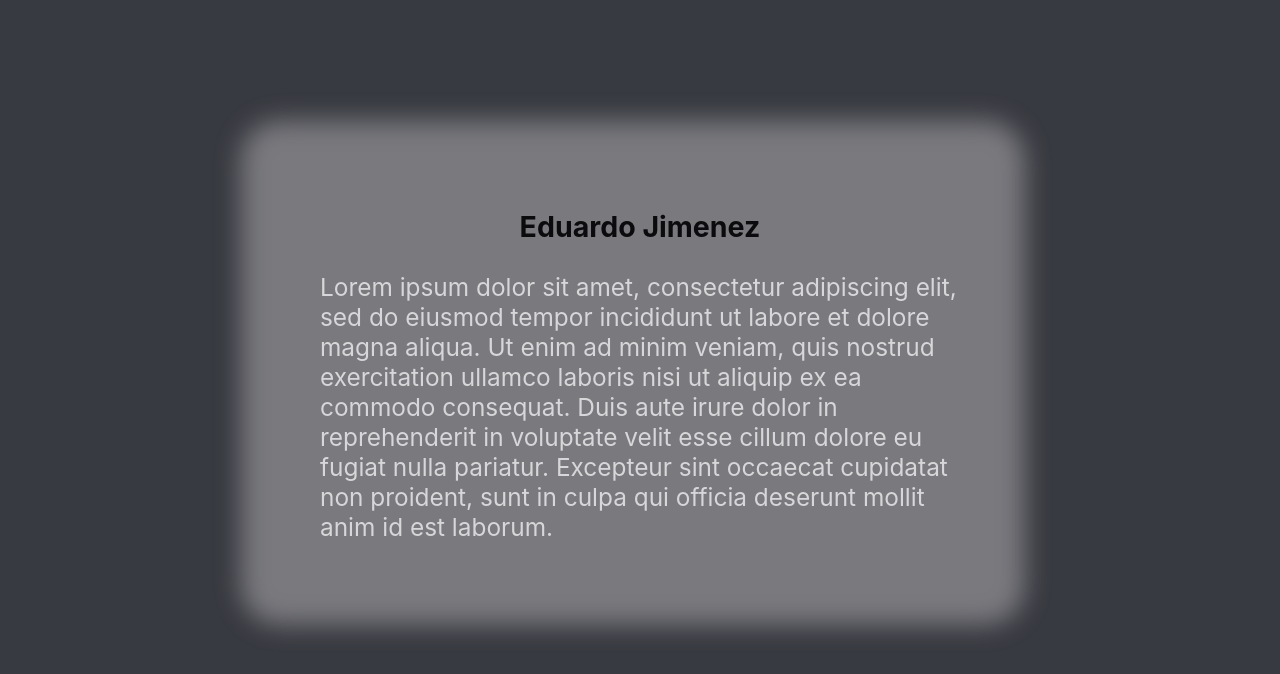
Repository: l8nightswithJS/react-my-portfolio
Page: /
These files come from the project's save history. The page is drawn as it stood at one moment and after the next save; the edit follows.
The browser window is 1280 px wide. The pictures show the whole page.
The project was rebuilt for these pictures with package versions that can differ from the ones it lists, and the page was loaded fresh each time.

Above is the page before, as saved 2021-04-29 12:38:40.

### src/App.js
import SplashPage from './pages/splashPage';

function App() {
  return (
    <SplashPage />
  );
}

export default App;

### src/pages/splashPage.js
import '../App.css';

function SplashPage() {
    return (
        <div className="App">
            <header className="App-header">
                <section>
                    <article>
                        <h1>Eduardo Jimenez</h1>
                        <p>Lorem ipsum dolor sit amet, consectetur adipiscing elit, sed do eiusmod tempor incididunt ut labore et dolore magna aliqua. Ut enim ad minim veniam, quis nostrud exercitation ullamco laboris nisi ut aliquip ex ea commodo consequat. Duis aute irure dolor in reprehenderit in voluptate velit esse cillum dolore eu fugiat nulla pariatur. Excepteur sint occaecat cupidatat non proident, sunt in culpa qui officia deserunt mollit anim id est laborum.</p>
                    </article>
                </section>
            </header>
        </div>
    );
}

export default SplashPage;

### src/App.css
.App {
  height: 100vh;
  width: 100%;
  text-align: start;
  background-color: rgb(56, 58, 65);
}

section {
  position: fixed;
  top: 0;
  bottom: 0;
  left: 0;
  right: 0;
  background-color: rgb(139, 138, 142);
  height: 50vh;
  width: 50vw;
  margin: auto;
  font-size: calc(10px + 2vmin);
  color: white;
  box-shadow: -1vh 1vw 2vw 10vh rgb(139, 138, 142);
  opacity: .8;
  border-radius: 1.5vh;
}

h1 {
  text-align: center;
  color: black;
}

Loaded but not shown: public/index.html (common file); src/index.js (common file); src/index.css (common file); src/reportWebVitals.js (common file)

After the next save:
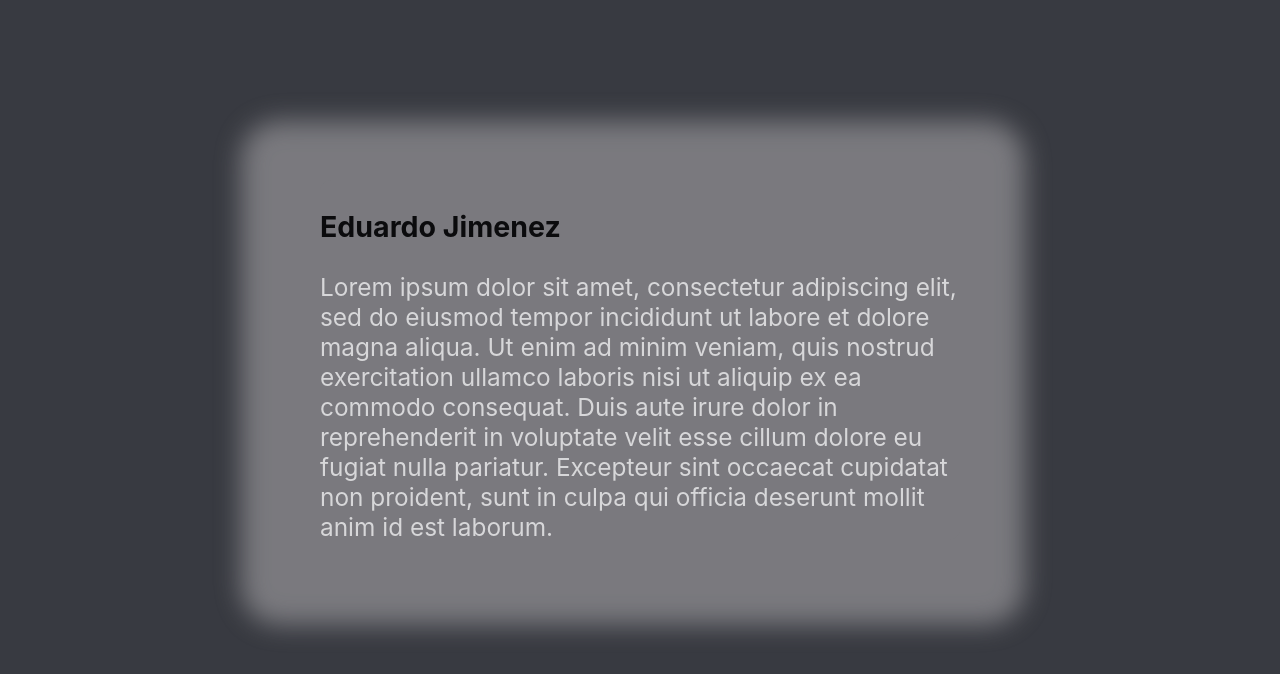
Saved 73 s later.
--- a/src/App.css
+++ b/src/App.css
@@ -1,7 +1,6 @@
 .App {
   height: 100vh;
   width: 100%;
-  text-align: start;
   background-color: rgb(56, 58, 65);
 }
 
@@ -23,6 +22,6 @@ section {
 }
 
 h1 {
-  text-align: center;
+
   color: black;
 }
